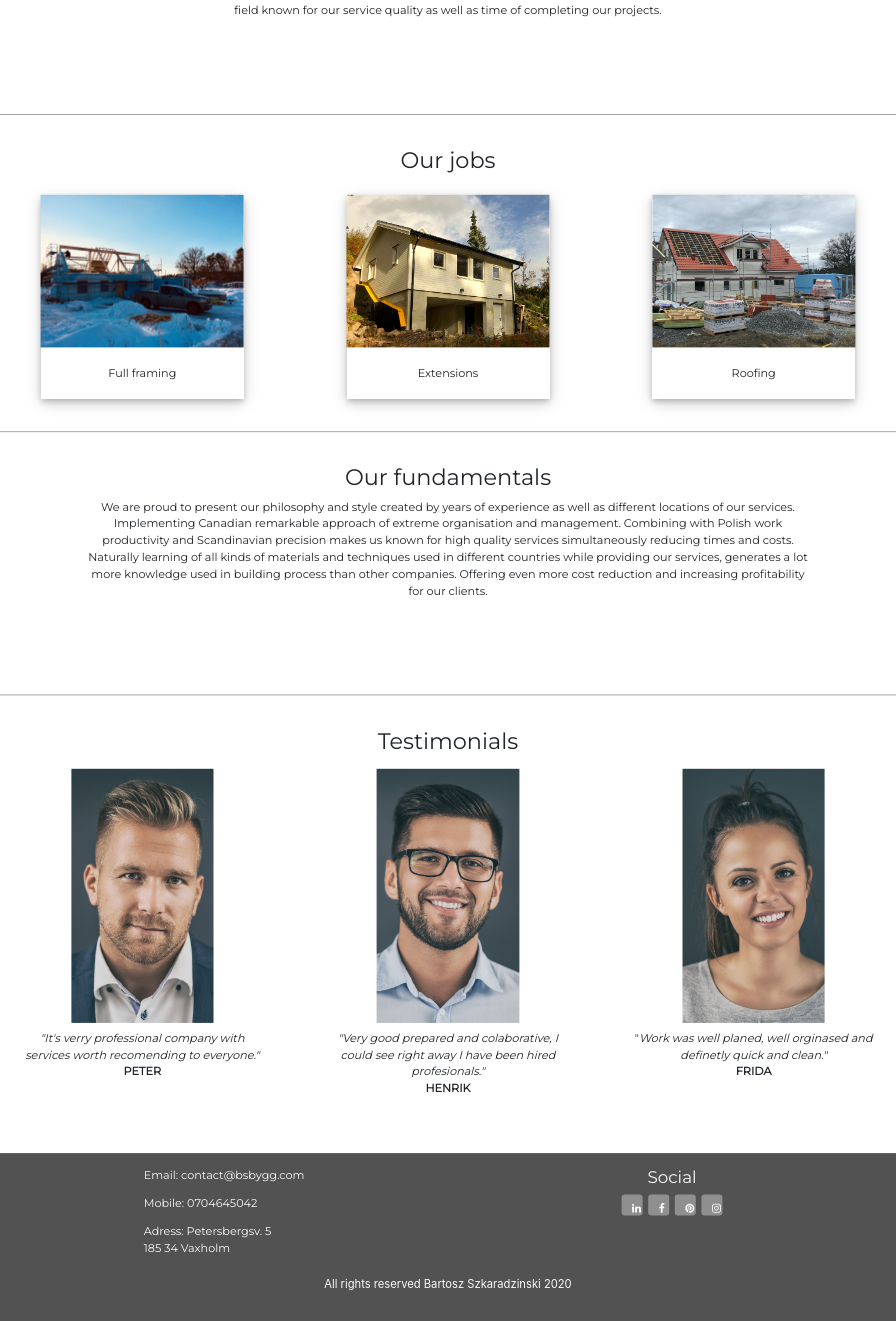
Repository: Bartie1982/milestone-project-1
Page: index.html
The author's editor kept a record of every edit. The page is drawn from the files as they stood at one moment, then again after the next edit.
The browser window is 1280 px wide. The pictures show the part of the page from y = 916 to 2836 px (the page is 2803 px tall before and 2836 px after), at 70% of full size.
Some web libraries are served in a nearby version.

Above is the page before.

### index.html
<!DOCTYPE html>
<html lang="en">

<head>
    <meta charset="UTF-8">
    <meta name="viewport" content="width=device-width, initial-scale=1.0">
    <meta http-equiv="X-UA-Compatible" content="ie=edge">
    <link rel="stylesheet" href="https://stackpath.bootstrapcdn.com/bootstrap/4.3.1/css/bootstrap.min.css" type="text/css" />
    <link rel="stylesheet" href="https://stackpath.bootstrapcdn.com/font-awesome/4.7.0/css/font-awesome.min.css" type="text/css" />
    <link rel="stylesheet" href="assets/css/style.css" type="text/css" />
    <title>BsBygg</title>
</head>

<body>
    <header>
        <div class="container-fluid h-50 d-inline-block">
            <div class="row">
                   <div class="mt-2  float-sm-left col-lg-2 col-md-3 col-sm-4 col-4">
                        <a href="index.html">
                        <img class="img logo" src="./assets/images/logo1.png" alt="Bs.bygg">
                        </a>
                    </div>
                    <div class="mt-2 col-lg-10 col-md-9 col-sm-8 col-8">
                            <nav class="mt-0 navbar navbar-expand-lg navbar-dark navbar-custom">
                            <a class="navbar-brand float-sm-left" href="index.html">Bs bygg</a>
                             <button class="navbar-toggler custom-toggler" type="button" data-toggle="collapse" data-target="#navbarNav" aria-controls="navbarNav" aria-expanded="false" aria-label="Toggle navigation">
                                    <span class="navbar-toggler-icon"></span>
                            </button>
                                <div class="navbar-brand collapse navbar-collapse" id="navbarNav">
                                    <ul class="navbar-nav">
                                        <li class="nav-item">
                                            <a class="navbar-brand" href="#about-us">About us</a>
                                        </li>
                                        <li class="nav-item">
                                            <a class="navbar-brand" href="#our-jobs">Our jobs</a>
                                        </li>
                                        <li class="nav-item">
                                            <a class="navbar-brand" href="#our-fundamentals">Our fundamentals</a>
                                        </li>
                                        <li class="nav-item">
                                            <a class="navbar-brand" href="#testimonials">Testimonials</a>
                                        </li>
                                        <li class="nav-item">
                                            <a class="navbar-brand" href="#contact">Contact</a>
                                        </li>
                                    </ul>
                                </div>

                        </nav>
                    </div>
        </div>
            </div>
            <div class="container-fluid h-50 d-inline-block">
                <div class="h-75 d-inline-block d-flex justify-content-center quote">
                        <p class="align-self-end ">Profesionals simply by working different!</p>
                </div>
            </div>
    </header>

    <section>
        <div class="d-flex justify-content-center" id="about-us">
            <div class="col-md-10 about-us">
                <h2>About-us</h2>

                <p class="text-space">Established in 1995 our company is a family bussines,
                started by my father who was providing construction and renovation services of all sorts in Sweden and Scandinavia.
                In 1999 My brother and I have joined my fathers company and together we expanded rapidly.
                Completing bigger and more complicated houses designs in Sweden, Danmark, Uk, Poland and Canada over time  we were growing and evolving to get framing and construction projects ahead simultaneously remaning in renovation business.
                We are a highly-qualified profesional construction and renovation team, with over forty years of experience in building field known for our service quality as well as time of completing our projects.
                </p>

            </div>
        </div>

        <div class="row">
            <div class="col-md-12 h-line4">
                <hr>
            </div>
        </div>

    </section>
    <section>
        <div class="row" id="our-jobs">
            <div class="col-md-12 Our-jobs">
                <h2>Our jobs</h2>
                    <div class="row d-flex justify-content-around">
                        <div class="col-sm-12 col-md-12 col-lg-4">
                            <div class="polaroid">
                        <img src="./assets/images/balsta-light.jpg" alt="Full framing" style="width:100%">
                             <div class="container p">
                             <p>Full framing</p>
                             </div>
                       </div>
                        </div>
                        <div class="col-sm-12 col-md-12 col-lg-4">
                            <div class="polaroid">
                        <img src="./assets/images/akersberga-ed.jpg" alt="Extensions" style="width:100%">
                             <div class="container p">
                             <p>Extensions</p>
                             </div>
                       </div>
                        </div>
                        <div class="col-sm-12 col-md-12 col-lg-4">
                            <div class="polaroid">
                        <img src="./assets/images/tak-arbetet-ed.jpg" alt="Roofing" style="width:100%">
                             <div class="container p">
                             <p>Roofing</p>
                         </div>
                        </div>
                    </div>
                </div>
            </div>
        </div>
    </section>
    <section>
        <div class="row">
            <div class="col-md-12 h-line3">
                <hr>
            </div>
        </div>
        <div class="d-flex justify-content-center" id="our-fundamentals">
            <div class="col-md-10 our-fundamentals">
                <h2>Our fundamentals</h2>

                <p class="text-space">We are proud to present our philosophy and style created by years of experience as well as different locations of our services.
                Implementing  Canadian remarkable approach of extreme organisation and management.
                Combining with Polish work productivity and Scandinavian precision makes us known for high quality services simultaneously reducing times and costs.
                Naturally learning of all kinds of materials and techniques used in different countries while providing our services, generates a lot more knowledge used in building process than other companies. Offering even more
                cost reduction and increasing profitability for our clients.
                </p>
            </div>
        </div>

        <div class="row">
            <div class="col-md-12 h-line4">
                <hr>
            </div>
        </div>
    </section>
    <section>
        <div class="row" id="testimonials">
            <div class="col-md-12 Testimonials">
                <h2>Testimonials</h2>
                    <div class="row people d-flex justify-content-around">
                        <div class="col-sm-12 col-md-4 person">
                            <img class="img-fluid" src="./assets/images/Face 6.jpg" alt="Peter">
                            <p class="text-space"><i>"It's verry professional company with services worth recomending to everyone."</i><br><b>PETER</b></p>
                        </div>
                        <div class="col-sm-12 col-md-4 person">
                            <img class="img-fluid" src="./assets/images/Face 4.jpg" alt="Henrik">
                            <p class="text-space"><i>"Very good prepared and colaborative, I could see right away I have been hired profesionals."</i><br><b>HENRIK</b></p>
                        </div>
                        <div class="col-sm-12 col-md-4 person">
                            <img class="img-fluid" src="./assets/images/Face 7.jpg" alt="Frida">
                            <p class="text-space">"<i>Work was well planed, well orginased and definetly quick and clean."</i><br><b>FRIDA</b></p>
                        </div>
                    </div>
            </div>
                <div class="row">
                    <div class="col-md-12 h-line4">
                        <hr>
                    </div>
                </div>
    </section>
    <footer class="container-fluid " id="contact">
        <div class="row">
                <div class="d-flex justify-content-center col-lg-6 col-md-6 col-sm-12">
                        <div class="general-sub">

                            <div>
                            <p class=""><b>Email:</b> contact@bsbygg.com</p>
                            </div>
                            <div>
                            <p class=""><b>Mobile:</b> 0704645042 </p>
                            </div>
                            <div>
                            <p class=""><b>Adress:</b> Petersbergsv. 5 <br>185 34 Vaxholm</p>
                        </div>
                </div>
        </div>
            <div class="col-lg-6 col-md-6 col-sm-12 social">
                <h4 class="general-sub d-flex justify-content-center">Social</h4>
                <ul class="list-inline social-links d-flex justify-content-center">
                <li class="list-inline-item">
                    <a target="_blank" href="https://www.linkedin.com/">
                        <i class="fa fa-linkedin" aria-hidden="true"></i>
                        <span class="sr-only">Linkedin</span>
                    </a>
                </li>

                <li class="list-inline-item">
                    <a target="_blank" href="https://www.facebook.com/">
                        <i class="fa fa-facebook" aria-hidden="true"></i>
                        <span class="sr-only">Facebook</span>
                    </a>

                </li>
                <li class="list-inline-item">
                    <a target="_blank" href="https://www.pinterest.com/">
                        <i class="fa fa-pinterest" aria-hidden="true"></i>
                        <span class="sr-only">Pinterest</span>
                    </a>
                </li>
                <li class="list-inline-item">
                    <a target="_blank" href="https://www.instagram.com/">
                        <i class="fa fa-instagram" aria-hidden="true"></i>
                        <span class="sr-only">Instagram</span>
                    </a>
                </li>

                </ul>
            </div>
        </div>
        <div class="d-flex justify-content-center">
            <p class="">All rights reserved  Bartosz Szkaradzinski 2020</p>
        </div>
    </footer>
    <script src="https://code.jquery.com/jquery-3.2.1.slim.min.js" integrity="sha384-KJ3o2DKtIkvYIK3UENzmM7KCkRr/rE9/Qpg6aAZGJwFDMVNA/GpGFF93hXpG5KkN" crossorigin="anonymous"></script>
<script src="https://cdnjs.cloudflare.com/ajax/libs/popper.js/1.12.9/umd/popper.min.js" integrity="sha384-ApNbgh9B+Y1QKtv3Rn7W3mgPxhU9K/ScQsAP7hUibX39j7fakFPskvXusvfa0b4Q" crossorigin="anonymous"></script>
<script src="https://maxcdn.bootstrapcdn.com/bootstrap/4.0.0/js/bootstrap.min.js" integrity="sha384-JZR6Spejh4U02d8jOt6vLEHfe/JQGiRRSQQxSfFWpi1MquVdAyjUar5+76PVCmYl" crossorigin="anonymous"></script>
</body>

</html>

### assets/css/style.css
@import url('https://fonts.googleapis.com/css?family=Montserrat&display=swap:100,200,300,400,500,600,700|Exo:100,200,300,400,500,600,700');


/*----------------------------------------------Colours*/
.bg-color-name-title {
      color: #000234;
}



/*----------------------------------------------Heading*/

html, body {
    width: 100vw;
    overflow-x: hidden;
    overflow-y: auto;
}

header {
    height: 100vh;
    margin: 0;
    background: url("../images/Villa1.jpg");
    background-repeat: no-repeat;
    background-size: cover;


}

.logo {
    background-repeat: no-repeat;
    background-size: 30px;
    min-height: 20px;
    height: 50px;
    margin-top: inherit;
    margin-left: 20px;
    margin-right: 2px;
    padding-left: 0px;
    padding-right:0px;

}


.navbar {
    margin-right: auto;
    margin-left: auto;
    margin-top: 25px;

}

.navbar-dark {
    font-size: 22px;
    font-weight: 400;
}
.custom-toggler.navbar-toggler {
            border-color: lightgreen;
        }

.navbar-custom .navbar-brand,
.navbar-custom .navbar-text {
    color: #F0F8FF;
}

.quote {
    color: #F0FFF0;
    font-family: "Exo", Montserrat;
    font-weight: 100;
    font-size: 30px;
    text-align: center;


}


/*----------------------------------------------About us*/

.about-us {

    font-family: "Exo", Montserrat;
    margin-top: 30px;
    text-align: center;
    min-height: 300px;

}

/*----------------------------------------------Our fundamentals*/



.our-fundamentals {
    font-family: "Exo", Montserrat;
    margin-top: 30px;
    text-align: center;
    min-height: 300px;
}




/*----------------------------------------------Our jobs*/

.polaroid {
  width: 290px;
  box-shadow: 0 4px 8px 0 rgba(0, 0, 0, 0.2), 0 6px 20px 0 rgba(0, 0, 0, 0.19);
  text-align: center;
  margin: 30px auto 30px auto;

}

.Our-jobs {
    font-family: "Exo", Montserrat;
    margin-top: 30px;
    text-align: center;
    min-height: 300px;

}


/*----------------------------------------------Testimonials*/

.container p {
  padding: 25px;
}
.people {
    margin-top:20px;
    margin-bottom: 40px;
}
.person {

    height: inherit;
    margin-bottom: 30px;
}
.person img {
    width: 50%;
    margin-left: auto;
    margin-right: auto;
}
.person p {
    padding-left: 30px;
    padding-right: 30px;
}


.name {
    font-family: "Exo", Montserrat;
    background-position: center;
    margin-top: 50px;
    font-weight: 100;
    min-height: 100px;
    font-size: 46px;
    color: #fff;

}

.Testimonials {
    font-family: "Exo", Montserrat;
    margin-top: 30px;
    text-align: center;
    min-height: 300px;

}

/*----------------------------------------------Spacers/lines/margins/paddings/text */

h1,
h2,
h3,
h4 {
       margin: 0;
}

hr {
    background-color: grey;
    height: 1px;
    border: 0; }

.h-line3 {
    margin-top: 0;

}

.h-line4 {
    margin-top: 1%;
}

.text-space {
    margin-top: 10px;
    margin-bottom: 10px;
}

.general-sub {
    margin-top: 20px;
    margin-bottom: 10px;
    color: #fafafa;
    font-family: "Exo", Montserrat;
    font-weight: 300;

}

.inline-block {
    display: inline-block;

}

/*----------------------------------------------Footer*/

footer {
    background-color: #525252;
    color: #fafafa;
    min-height: 240px;
}

.contact {
    margin-left: auto;
    margin-right: auto;

}

.quote-pdf i {
    font-size: 20px;
    color: #fafafa;
    text-align: center;
    padding-left: 8px;
    transition: all 0.45s ease-in;
    -moz-transition: all 0.45s ease-in;
    -webkit-transition: all 0.45s ease-in;
    -o-transition: all 0.45s ease-in;
}

.quote-pdf i:hover {
    color: #40A8AF;

}
.social {
     margin-right: auto;
     margin-left: auto;
}

.social-links li a i {
    width: 30px;
    height:30px;
    padding: 15px;
    border-radius: 15%;
    font-size: 15px;
    line-height: 10px;
    text-align: center;
    color: #fafafa;
    background: #8f8f8f;
    transition: all 0.35s ease-in;
    -moz-transition: all 0.35s ease-in;
    -webkit-transition: all 0.35s ease-in;
    -o-transition: all 0.35s ease-in;
}

.social-links li a i:hover {
    background: #40A8AF;
}

After the next edit:
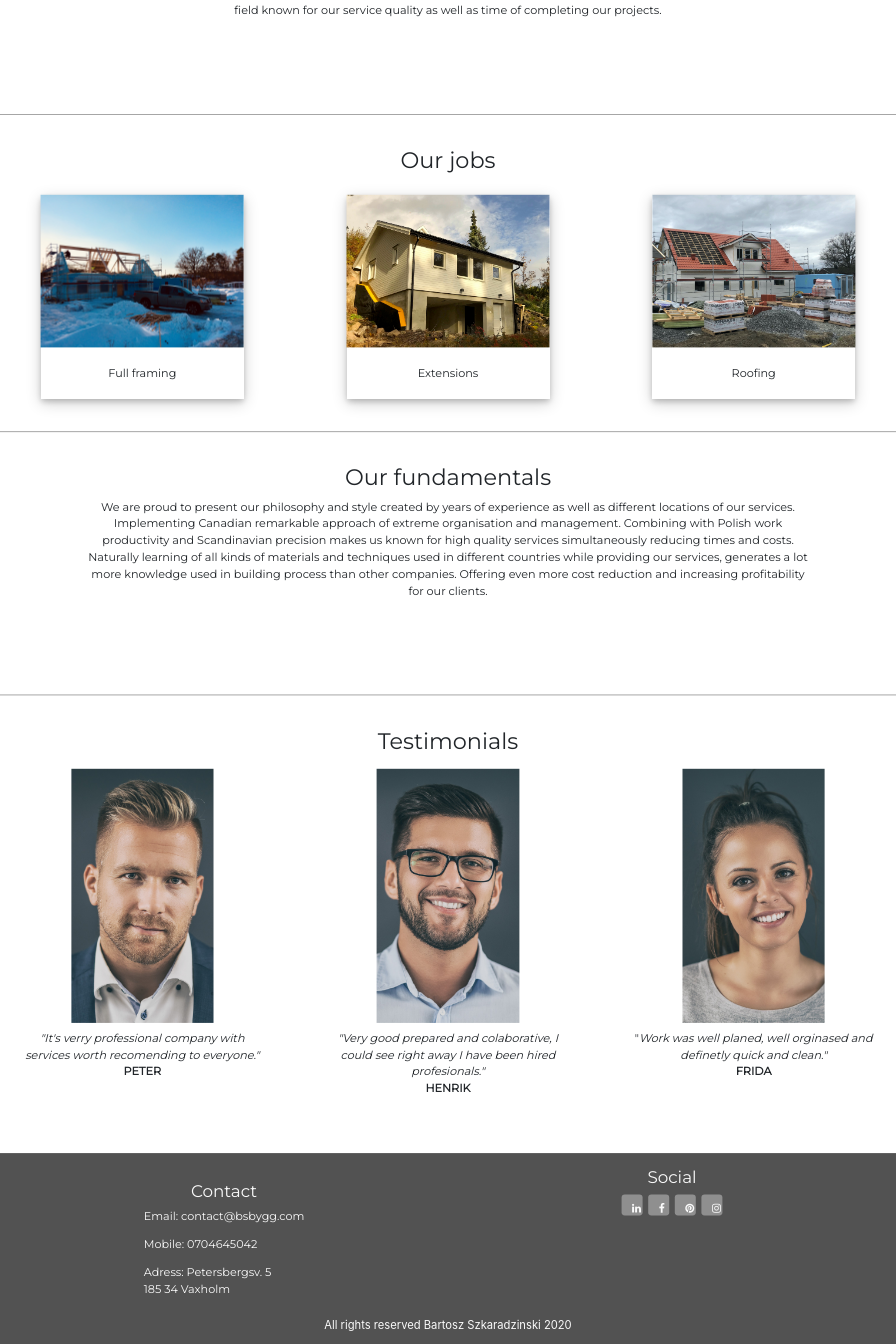
The edit:
--- a/index.html
+++ b/index.html
@@ -166,7 +166,7 @@
         <div class="row">
                 <div class="d-flex justify-content-center col-lg-6 col-md-6 col-sm-12">
                         <div class="general-sub">
-
+                            <h4 class="general-sub d-flex justify-content-center">Contact</h4>
                             <div>
                             <p class=""><b>Email:</b> contact@bsbygg.com</p>
                             </div>
